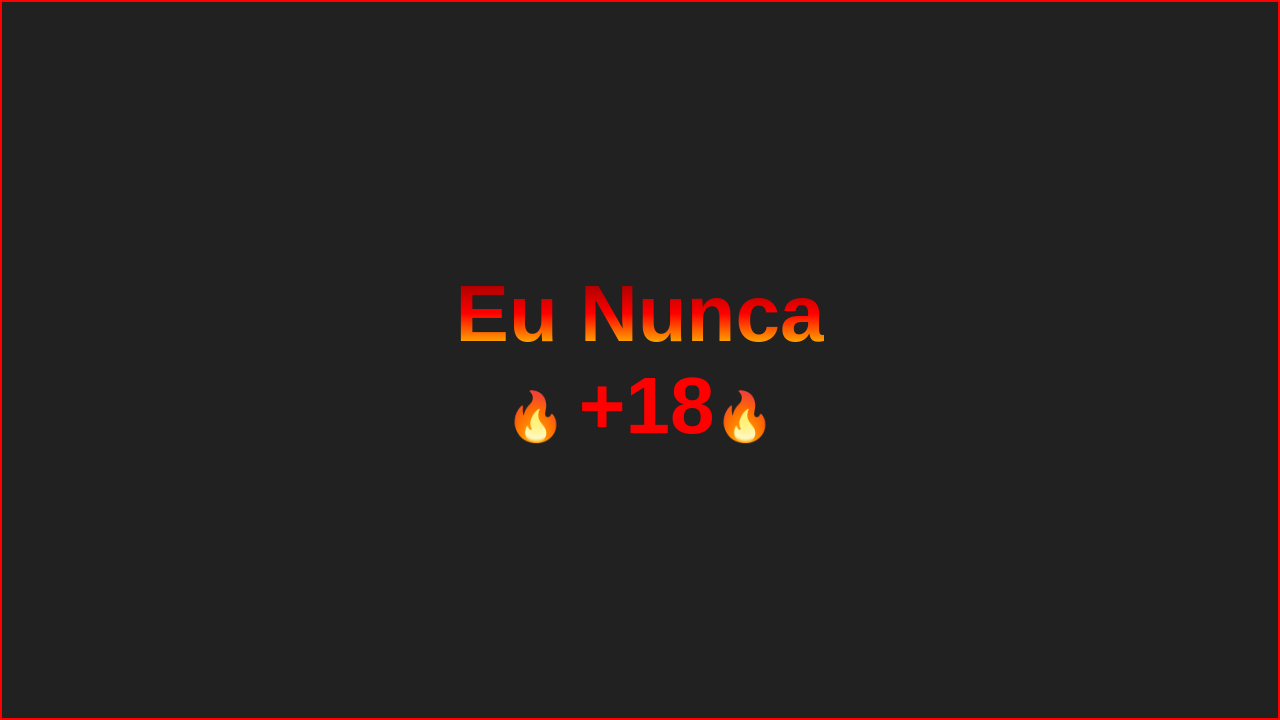
Repository: odiloalmeida/inever
Page: index.html
An editor plug-in stored every save of this project. The page is shown before and after the next save, followed by the edit.
The browser window is 1280 px wide. The pictures show the whole page.

Above is the page before, as saved 2023-01-31 20:31:32.

After the next save:
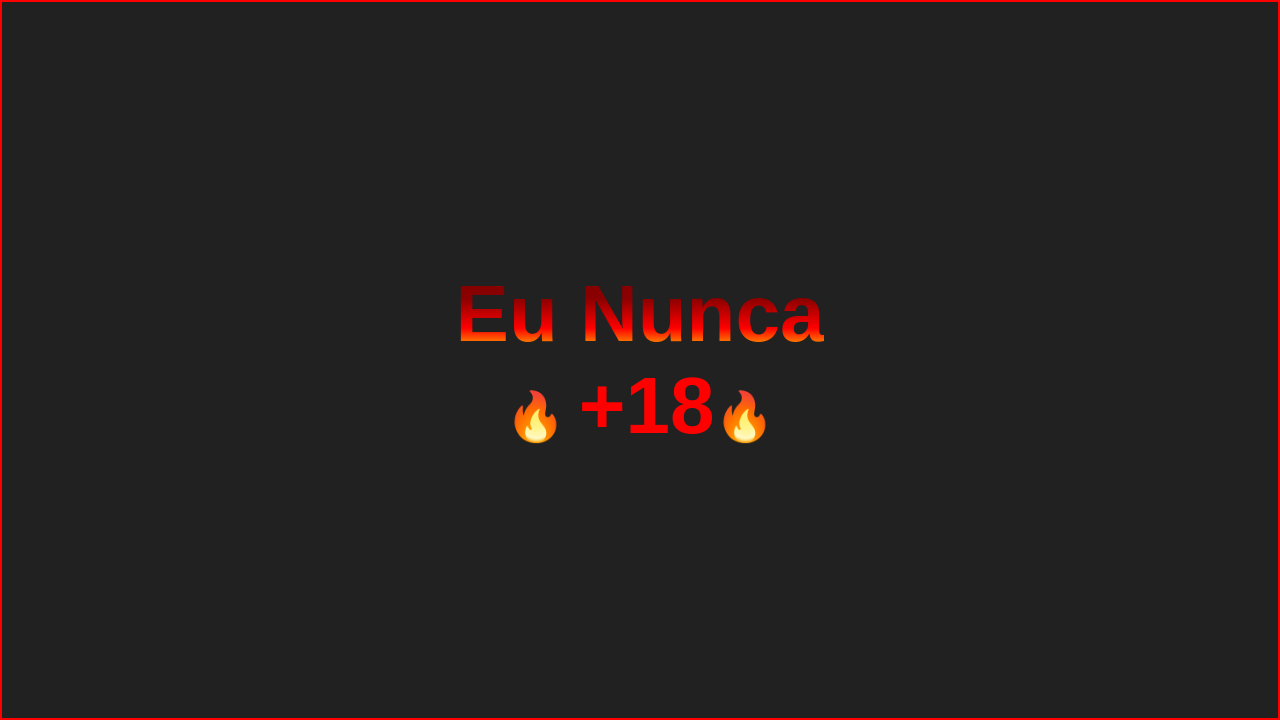
Saved 18 s later.
--- a/style.css
+++ b/style.css
@@ -26,7 +26,7 @@ button {
 }
 
 button span {
-    background-image: linear-gradient(to bottom,#800000, red, yellow);
+    background-image: linear-gradient(to bottom,#800000,#8B0000, red, yellow);
     background-clip: text;
     -webkit-background-clip: text;
     -webkit-text-fill-color: transparent;
